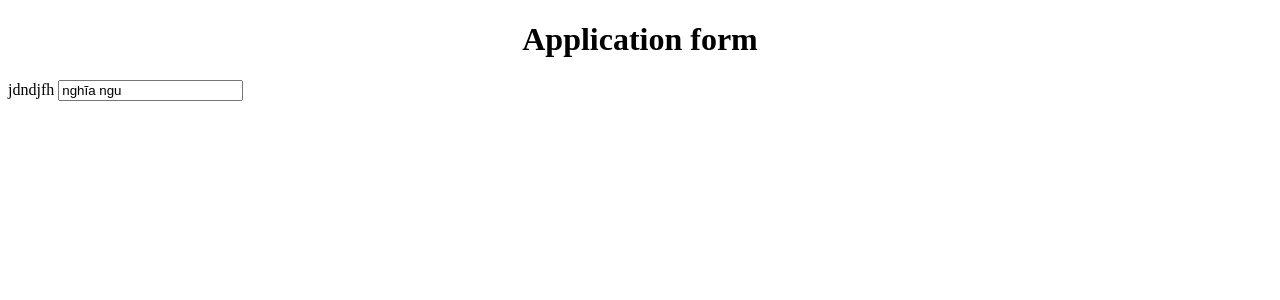
Repository: thanhp6868/ltWeb
Page: 2709_3.html
These files come from the project's save history. The page is drawn as it stood at one moment and after the next save; the edit follows.
The browser window is 1280 px wide. The pictures show the whole page.

Above is the page before, as saved 2023-09-27 14:35:02.

### 2709_3.html
<!DOCTYPE html>
<html lang="en">
<head>
    <meta charset="UTF-8">
    <meta name="viewport" content="width=device-width, initial-scale=1.0">
    <title>bai 3</title>
</head>
<body>

    <center><b><h1>Application form</h1></b></center>
    <div>
        <label for="" >jdndjfh</label>
        <input type="label" value="nghĩa ngu">
    </div>

</body>
</html>

After the next save:
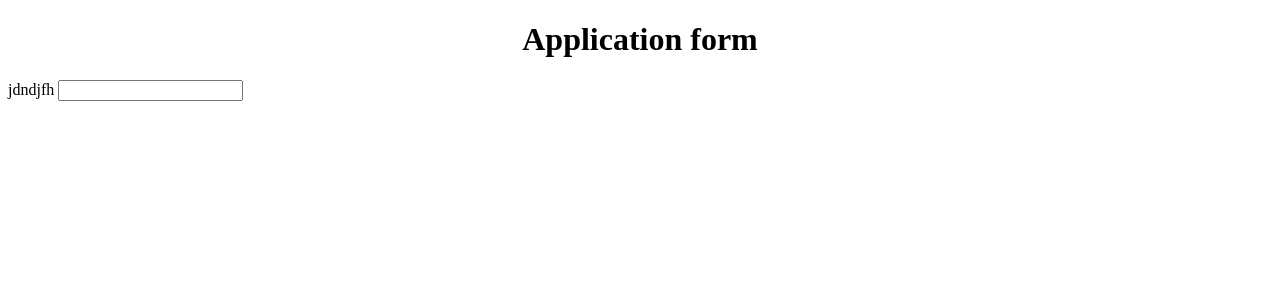
Saved 33 s later.
--- a/2709_3.html
+++ b/2709_3.html
@@ -9,8 +9,8 @@
 
     <center><b><h1>Application form</h1></b></center>
     <div>
-        <label for="" >jdndjfh</label>
-        <input type="label" value="nghĩa ngu">
+        <label>jdndjfh</label>
+        <input type="label" value="">
     </div>
 
 </body>
